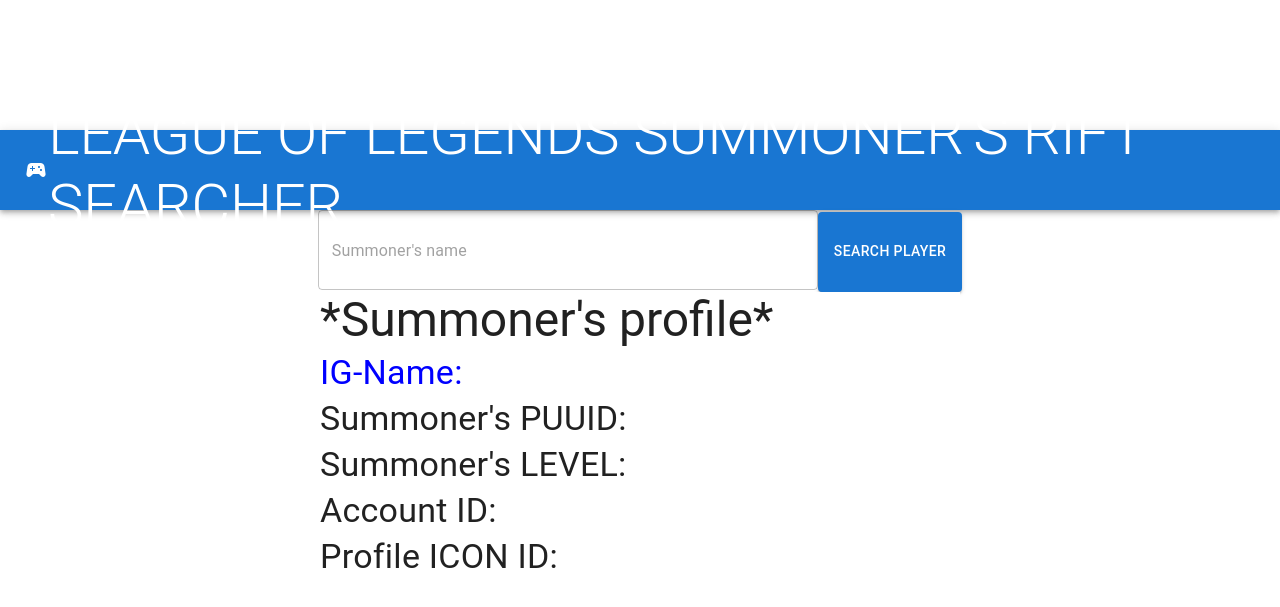
Repository: Mikerr21/League-Of-Legends-API
Page: /
These files come from the project's save history. The page is drawn as it stood at one moment and after a run of saves; the edit follows.
The browser window is 1280 px wide. The pictures show the whole page.
The page's requests for data from a server got no answer. The project was rebuilt for these pictures with package versions that can differ from the ones it lists, and the page was loaded fresh each time. No one was signed in, and anything a server would have sent is missing.

Above is the page before, as saved 2022-09-24 22:52:40.

### public/index.html
<!DOCTYPE html>
<html lang="en">
  <head>
    <meta charset="utf-8" />
    <link rel="icon" href="%PUBLIC_URL%/favicon.ico" />
    <meta name="viewport" content="width=device-width, initial-scale=1" />
    <meta name="theme-color" content="#000000" />
    <meta
      name="description"
      content="Web site created using create-react-app"
    />
    <link rel="apple-touch-icon" href="%PUBLIC_URL%/logo192.png" />

    <title>React App</title>
  </head>
  <body>
    <noscript>You need to enable JavaScript to run this app.</noscript>
    <div id="root"></div>

  </body>
</html>

### src/App.js
import React from "react";
import axios from "axios";
import { useState } from "react";
import { AppBar } from "@mui/material";
import { Toolbar } from "@mui/material";
import { CssBaseline } from "@mui/material";
import SportsEsportsIcon from "@mui/icons-material/SportsEsports";
import OutlinedInput from "@mui/material/OutlinedInput";

import { Typography } from "@mui/material";
import { Button } from "@mui/material";
import { Box } from "@mui/material";

import ListSubheader from "@mui/material/ListSubheader";
import List from "@mui/material/List";
import ListItemButton from "@mui/material/ListItemButton";
import ListItemIcon from "@mui/material/ListItemIcon";
import ListItemText from "@mui/material/ListItemText";
import Collapse from "@mui/material/Collapse";
import InboxIcon from "@mui/icons-material/MoveToInbox";
import DraftsIcon from "@mui/icons-material/Drafts";
import SendIcon from "@mui/icons-material/Send";
import ExpandLess from "@mui/icons-material/ExpandLess";
import ExpandMore from "@mui/icons-material/ExpandMore";
import StarBorder from "@mui/icons-material/StarBorder";
import Grid from "@mui/material/Grid";

function App() {
  const [searchPlayer, setSearchPlayer] = useState("");
  const [playerData, setPlayerData] = useState({});
  const API_KEY = "c4eb3244-2494-4789-a6a3-47b4f6d5b70a";

  function fetchPlayerData(event) {
    var API_KEY = "RGAPI-e5d7e95c-8a4e-4469-bf42-53bc6d1175b3";
    var API_CALL_STRING =
      "https://euw1.api.riotgames.com/lol/summoner/v4/summoners/by-name/" +
      searchPlayer +
      "?api_key=" +
      API_KEY;
    axios
      .get(API_CALL_STRING)
      .then(function (response) {
        //Success

        setPlayerData(response.data);
      })
      .catch(function (error) {
        //Error
        console.log(error);
      });
  }

  return (
    <div className="App">
      <CssBaseline />

      <Grid
        container
        spacing={0}
        direction="column"
        alignItems="center"
        justifyContent="center"
        style={{ minHeight: "100vh" }}
      >
        <CssBaseline />
        <AppBar position="static">
          <Toolbar variant="dense" style={{ height: "80px" }}>
            <SportsEsportsIcon></SportsEsportsIcon>
            <Typography variant="h2" component="h2">
              LEAGUE OF LEGENDS SUMMONER'S RIFT SEARCHER
            </Typography>
          </Toolbar>
        </AppBar>
        <Box>
          <OutlinedInput
            onChange={(e) => setSearchPlayer(e.target.value)}
            type="text"
            placeholder="Summoner's name"
            style={{ height: "80px", width: "500px" }}
          ></OutlinedInput>
          <Button
            onClick={fetchPlayerData()}
            variant="contained"
            style={{ height: "80px" }}
          >
            Search player
          </Button>
        </Box>

        <List
          sx={{ width: "50%", maxWidth: 660, bgcolor: "background.paper" }}
          component="nav"
          aria-labelledby="nested-list-subheader"
          subheader={<Typography variant="h3">*Summoner's profile*</Typography>}
        >
     <ListItemText>
            <Typography variant="h4" color="blue">IG-Name:</Typography>
          </ListItemText>
          <ListItemText>
            <Typography variant="h5">{searchPlayer}</Typography>
          </ListItemText>
          <ListItemText>
            <Typography variant="h4">
              Summoner's PUUID:
            </Typography>
            <ListItemText>
            <Typography variant="h5">{playerData.puuid}</Typography>
          </ListItemText>
          </ListItemText>
          <ListItemText>
            <Typography variant="h4">
              Summoner's LEVEL:
            </Typography>
            <ListItemText>
            <Typography variant="h5">{playerData.summonerLevel}</Typography>
          </ListItemText>
          </ListItemText>
          <ListItemText>
            <Typography variant="h4">
              Account ID:
            </Typography>
            <ListItemText>
            <Typography variant="h5">{playerData.accountId}</Typography>
          </ListItemText>
          </ListItemText>
          <ListItemText>
            <Typography variant="h4">
              Profile ICON ID:
            </Typography>
            <ListItemText>
            <Typography variant="h5">{playerData.profileIconId}</Typography>
          </ListItemText>
          </ListItemText>
        </List>
      </Grid>
    </div>
  );
}

export default App;

Loaded but not shown: src/index.js (common file)

After the next 2 saves:
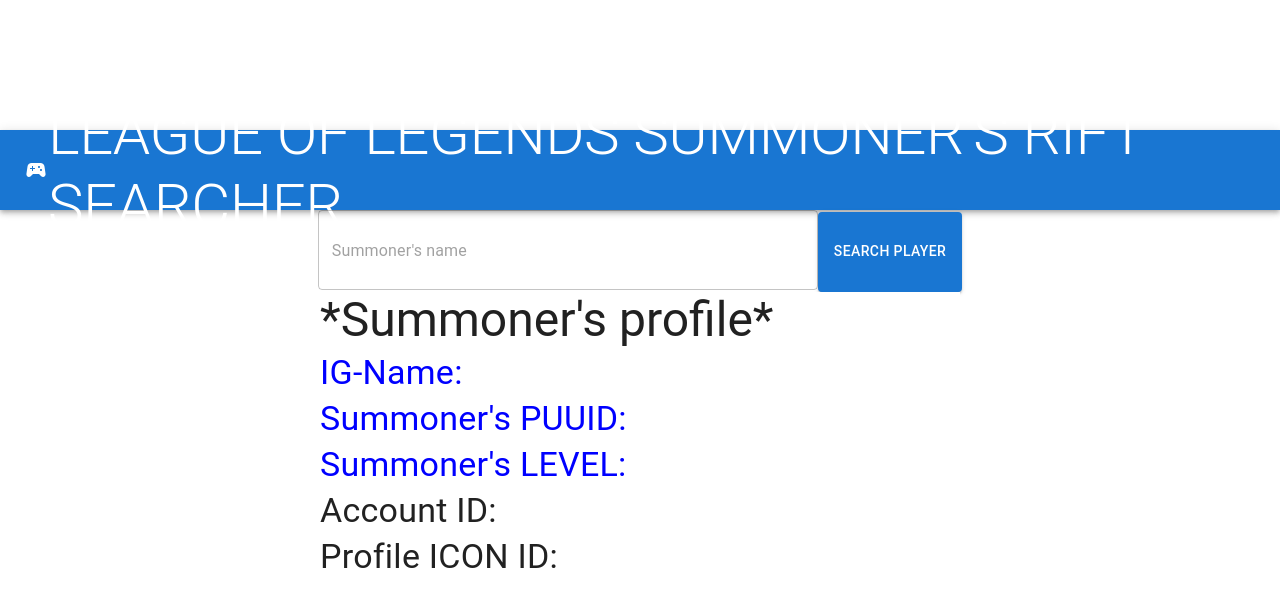
The 2 saves are shown as one change because they came seconds apart.
The last was saved 14 s later.
--- a/src/App.js
+++ b/src/App.js
@@ -97,10 +97,10 @@
             <Typography variant="h4" color="blue">IG-Name:</Typography>
           </ListItemText>
           <ListItemText>
-            <Typography variant="h5">{searchPlayer}</Typography>
+            <Typography variant="h5" color="blue">{searchPlayer}</Typography>
           </ListItemText>
           <ListItemText>
-            <Typography variant="h4">
+            <Typography variant="h4" color="blue">
               Summoner's PUUID:
             </Typography>
             <ListItemText>
@@ -108,7 +108,7 @@
           </ListItemText>
           </ListItemText>
           <ListItemText>
-            <Typography variant="h4">
+            <Typography variant="h4"color="blue">
               Summoner's LEVEL:
             </Typography>
             <ListItemText>
